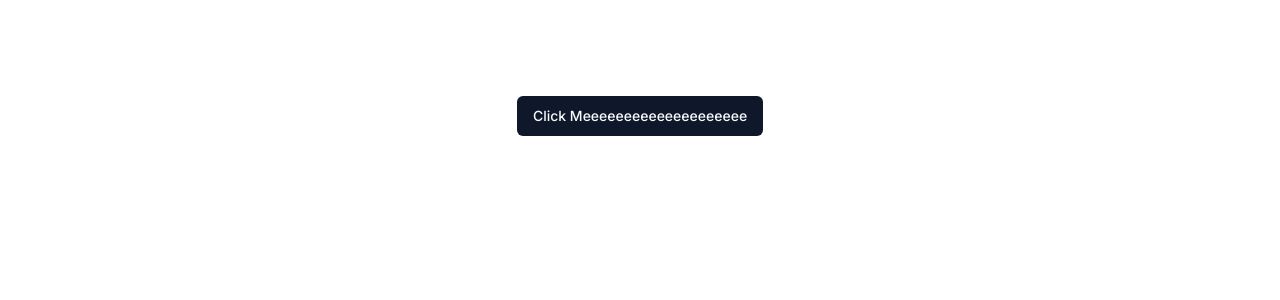
Repository: VhalennnG/summerize_ai
Page: / (app in frontend/)
These files come from the project's save history. The page is drawn as it stood at one moment and after the next save; the edit follows.
The browser window is 1280 px wide. The pictures show the whole page.
The project was rebuilt for these pictures with package versions that can differ from the ones it lists, and the page was loaded fresh each time. The framework's server and built-in components were replaced by stand-ins that run in the browser. Also part of the build but not shown: frontend/next.config.mjs.

Above is the page before, as saved 2024-05-14 21:14:48.

### frontend/src/app/page.tsx
import { Button } from "@/components/ui/button";

export default function Home() {
  return (
    <main className='flex min-h-screen flex-col items-center justify-between p-24'>
      <Button>Click Meeeeeeeeeeeeeeeeeeee</Button>
    </main>
  );
}

### frontend/src/components/ui/button.tsx
import * as React from "react"
import { Slot } from "@radix-ui/react-slot"
import { cva, type VariantProps } from "class-variance-authority"

import { cn } from "@/lib/utils"

const buttonVariants = cva(
  "inline-flex items-center justify-center whitespace-nowrap rounded-md text-sm font-medium ring-offset-background transition-colors focus-visible:outline-none focus-visible:ring-2 focus-visible:ring-ring focus-visible:ring-offset-2 disabled:pointer-events-none disabled:opacity-50",
  {
    variants: {
      variant: {
        default: "bg-primary text-primary-foreground hover:bg-primary/90",
        destructive:
          "bg-destructive text-destructive-foreground hover:bg-destructive/90",
        outline:
          "border border-input bg-background hover:bg-accent hover:text-accent-foreground",
        secondary:
          "bg-secondary text-secondary-foreground hover:bg-secondary/80",
        ghost: "hover:bg-accent hover:text-accent-foreground",
        link: "text-primary underline-offset-4 hover:underline",
      },
      size: {
        default: "h-10 px-4 py-2",
        sm: "h-9 rounded-md px-3",
        lg: "h-11 rounded-md px-8",
        icon: "h-10 w-10",
      },
    },
    defaultVariants: {
      variant: "default",
      size: "default",
    },
  }
)

export interface ButtonProps
  extends React.ButtonHTMLAttributes<HTMLButtonElement>,
    VariantProps<typeof buttonVariants> {
  asChild?: boolean
}

const Button = React.forwardRef<HTMLButtonElement, ButtonProps>(
  ({ className, variant, size, asChild = false, ...props }, ref) => {
    const Comp = asChild ? Slot : "button"
    return (
      <Comp
        className={cn(buttonVariants({ variant, size, className }))}
        ref={ref}
        {...props}
      />
    )
  }
)
Button.displayName = "Button"

export { Button, buttonVariants }

Loaded but not shown: frontend/src/app/layout.tsx (common file); frontend/src/app/globals.css (common file); frontend/src/lib/utils.ts (common file); frontend/tailwind.config.ts (common file)

After the next save:
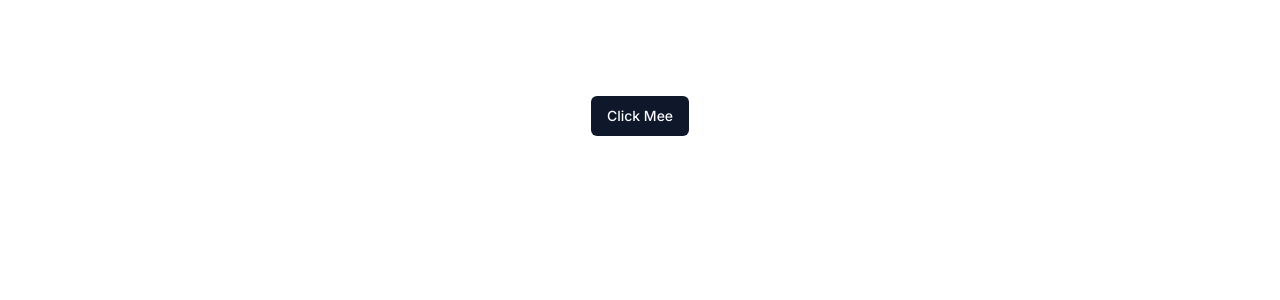
Saved 25 min 4 s later.
--- a/frontend/src/app/page.tsx
+++ b/frontend/src/app/page.tsx
@@ -3,7 +3,7 @@ import { Button } from "@/components/ui/button";
 export default function Home() {
   return (
     <main className='flex min-h-screen flex-col items-center justify-between p-24'>
-      <Button>Click Meeeeeeeeeeeeeeeeeeee</Button>
+      <Button>Click Mee</Button>
     </main>
   );
 }
